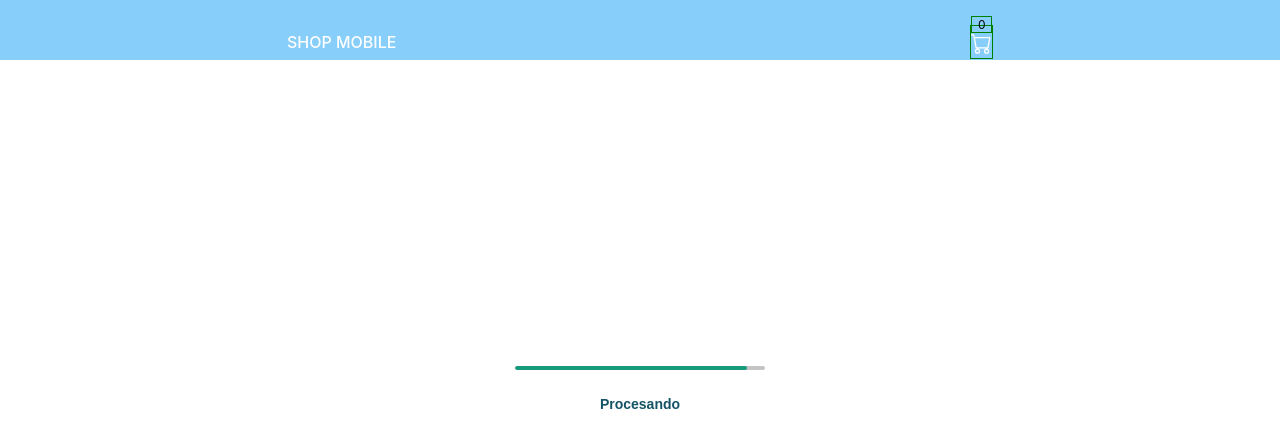
Repository: banchiec/atInditex
Page: /
These files come from the project's save history. The page is drawn as it stood at one moment and after the next save; the edit follows.
The browser window is 1280 px wide. The pictures show the whole page.
The page's requests for data from a server got no answer. The project was rebuilt for these pictures with package versions that can differ from the ones it lists, and the page was loaded fresh each time. No one was signed in, and anything a server would have sent is missing. Also part of the build but not shown: src/components/Cards/CardProductItem/cardProductItemStyled.js, src/components/Cards/CardProductItem/CardProductItem.js, src/services/cart.services.js, src/utils/products/cart.utils.js, src/screen/DetailsProductScreen/components/ButtonOptions/buttonOptionsStyled.js, src/screen/DetailsProductScreen/components/ButtonOptions/ButtonOptions.js, src/screen/DetailsProductScreen/styles/detailsProductScreenStyled.js, src/screen/DetailsProductScreen/DetailsProductScreen.js.

Above is the page before, as saved 2022-09-08 10:54:00.

### src/App.js
import {BrowserRouter as Router, Routes, Route } from 'react-router-dom'
import * as path from './utils/paths'
import Header from './components/Header/Header';
import ProductsScreen from './screen/ProductsScreen/ProductsScreen';
import DetailsProductScreen from './screen/DetailsProductScreen/DetailsProductScreen';
import { useEffect, useState } from 'react';

let counter = 0

function App() {
  const [counterCart, setCounterCart] = useState(0)

  useEffect(() => {
    handleCounterCart()
  }, [])

  const handleCounterCart = (valor) => {
    console.log(valor);
    if(valor === null){
      setCounterCart(counter)
    }
    setTimeout(() => {
      setCounterCart(valor)
    }, 1000)
    if(valor){
      counter++
    }
  }

  console.log(counterCart);

  return (
    <Router>
      <Header counterCart={counterCart} />
      <Routes>
        <Route path={path.PRODUCTPAGE} element={<ProductsScreen/>} />
        <Route path={path.DETAILSPAGE} element={<DetailsProductScreen handleCounterCart={handleCounterCart} />}  />
      </Routes>
    </Router>
  );
}

export default App;

### src/utils/paths.js
export const PRODUCTPAGE= '/'
export const DETAILSPAGE= '/product/details/:id'

### src/components/Header/Header.js
import { Link } from "react-router-dom"
import {BsCart} from 'react-icons/bs'
import * as path from '../../utils/paths'
import { ContainerHeader } from "./headerStyled"
import { useEffect, useState } from "react"

const Header = ({counterCart}) => {
  const [cartItems,setCartItems] = useState()

  useEffect(() => {
    if(counterCart === null){
      setCartItems(0)
    }
    setCartItems(counterCart?.countItems)
  }, [])

  console.log(counterCart);

  return(
    <ContainerHeader>
      <Link to={path.PRODUCTPAGE}>
        SHOP MOBILE
      </Link>
      <div>
        <p>
        { counterCart != null ? counterCart?.countItems: 0}
        </p>
        <BsCart/>
      </div>
    </ContainerHeader>
  )
}
export default Header

### src/screen/ProductsScreen/ProductsScreen.js
import { useEffect, useState } from "react"
import CardProductItem from "../../components/Cards/CardProductItem/CardProductItem"
import Loader from "../../components/Loaders/Loader"
import { getProducts } from "../../utils/products/products.utils"
import { getWithExpiry } from "../../utils/localStorage"
import { ContainerProducts, Filter, Search } from "./styles/productScreenStyled"

const ProductsScreen = () => {
  const [products, setProducts] = useState(null)
  const [productsSearch, setProductsSearch] = useState([])
  const [value, setValue] = useState('')
  const [alert, setAlert] = useState(null)
  const [cartItem, setCartItems] = useState(0)

  useEffect(() => {
    getProducts()
  },[])
  useEffect(()=> {
    setTimeout(() => {
      setProducts(getWithExpiry('products'));
      setProductsSearch(getWithExpiry('products'))
    }, 2000);
  },[])
  useEffect(() => {
    setTimeout(() => {
      if(getWithExpiry('products') === null){
        setAlert(
          <div>
            <h1>Es necesario volver a solicitar la información</h1>
          </div>
        )
        setProducts([])
      }
    }, 3600000)
  },[])

  const handleGetProduct = (e) => {
    setValue(e.target.value)
    filter(e.target.value)
  }
  const filter = (searchText) => {
    let resutlsSearch = productsSearch.filter((product) => {
      if(product.brand.toString().toLowerCase().includes(searchText.toLowerCase())
        || product.model.toString().toLowerCase().includes(searchText.toLowerCase())){
        return product
      }
    })
    setProducts(resutlsSearch)
  }
  return (
    <div>
      <Filter>
        <h4>LIST ITEM</h4>
        <Search
          type='text'
          placeholder="SEARCH"
          value={value}
          onChange={(e) => handleGetProduct(e)}
        />
      </Filter>
      <ContainerProducts>
        { !products ? (
          <Loader/>
        ):(
          products?.map((item) => {
            return (
              <CardProductItem
                key={item.id}
                id = {item.id}
                imgUrl={item.imgUrl}
                brand={item.brand}
                model={item.model}
                price={item.price}
              />
            )
        })) }
        {alert}
      </ContainerProducts>
    </div>
  )
}

export default ProductsScreen

### src/components/Header/headerStyled.js
import styled from "styled-components";

export const ContainerHeader = styled.header`


  @media (min-width:768px){
    display: flex;
    justify-content: space-around;
    align-items: center;
    background: #87CEFA;
    padding: 25px 0;
    border: 1px solid greee;
    a {
      text-decoration: none;
      color: #ffff;
      font-weight: 500;
    }
    svg {
      font-size: 1.3rem;
      color: #ffff;
    }
    div{
      border: 1px solid green;
      padding: 0;
      margin:0;
      p {
        border: 1px solid green;
        margin:0 ;
        text-align: center;
        font-size: 12px;
        margin-top: -10px;
      }
    }
  }
`

### src/components/Loaders/Loader.js
import './styles/loader.css'

const Loader = () => {
	return(
		<div className="progress_bar animate-loader">
			<div className="progress_bar__content">
				<div className="progress_bar__wrapper">
					<div className="progress_bar__viewer">
						<div className="progress_bar__shimmer"></div>
					</div>
				</div>
				<div className="progress_bar__state" data-start="Solicitando datos" data-middle="Procesando" data-end="Casi esta!"></div>
			</div>
		</div>
	)
}
export default Loader

### src/utils/products/products.utils.js
import ProductsService from "../../services/product.services"
import { setWithExpiry } from "../localStorage"
const productService = new ProductsService()

export const getProducts = () => {
	productService.getProducts()
		.then((data)=> {
			setWithExpiry('products', JSON.stringify(data.data), 360000)
		})
		.catch((error) => console.log(error))
}
export const getDetailsProduct = (id) => {
	productService.getOneProduct(id)
	.then((data) => {
		setWithExpiry(`detailsProduct${data.data.id}`, JSON.stringify(data.data), 360000)
	})
	.catch((error) => console.log(error))
}

### src/utils/localStorage.js
export const setWithExpiry = (key, value, ttl) =>  {
	const now = new Date()
	const item = {
		value: value,
		expiry: now.getTime() + ttl,
	}
	localStorage.setItem(key, JSON.stringify(item))
}

export const getWithExpiry = (key) =>  {
	const itemStr =  localStorage.getItem(key)
	if (!itemStr) {
		return null
	}
	const item = JSON.parse(itemStr)
	const now = new Date()
	if (now.getTime() > item.expiry) {
		localStorage.removeItem(key)
		return null
	}
	return  JSON.parse( item.value)
}

### src/screen/ProductsScreen/styles/productScreenStyled.js
import styled from "styled-components";
export const ContainerProducts =  styled.div`
  display: flex;
  flex-direction: row;
  justify-content: center;
  flex-wrap: wrap;
	@media (min-width:768px){
  }
`
export const Filter = styled.div`
  display: flex;
  flex-direction: row;
  justify-content: space-between;
  padding:  15px 0;
  margin: 0 6em;
`
export const Search = styled.input`
	@media (min-width:768px){
		padding: 0 20px;
    text-align: end;
    border: none;
    background: whitesmoke;
    border-radius:  5px;/* border: 1px solid green; */
  }
`

### src/components/Loaders/styles/loader.css
.progress_bar {
  font-family: Arial;
  position: fixed;
  left: 0;
  bottom: 0;
  display: flex;
  width: 100%;
  align-items: center;
  justify-content: center;
  background: white;
  top: 60px;
  z-index: 999;
  height: calc(100vh - 60px);
}
.progress_bar__wrapper {
  overflow: hidden;
  border-radius: 15px;
  width: 250px;
  background-color: #c4c4c4;
  overflow: hidden;
}
.progress_bar__viewer {
  background: #17997B;
  border-radius: 4px;
  height: 4px;
  transform: scaleX(0);
  transform-origin: 0 0;
}
.progress_bar.animate-loader .progress_bar__viewer {
  animation: FillAnimation 6s cubic-bezier(0.01, 1.06, 0.71, 1) forwards infinite;
}
.progress_bar.animate-loader .progress_bar__state::before {
  content: '';
  animation: TextChange 6s infinite;
}
.progress_bar__content {
  display: flex;
  flex-direction: column;
}
.progress_bar__state {
  margin-top: 24px;
  text-align: center;
  font-size: 14px;
  line-height: 1.5;
  font-weight: bold;
  color: #155366;
}
@keyframes FillAnimation {
  0% {
    transform: scaleX(0.028);
  }
  10% {
    transform: scaleX(0.028);
  }
  20% {
    transform: scaleX(0.028);
  }
  25% {
    transform: scaleX(0.24);
  }
  35% {
    transform: scaleX(0.24);
  }
  45% {
    transform: scaleX(0.24);
  }
  50% {
    transform: scaleX(0.624);
  }
  60% {
    transform: scaleX(0.624);
  }
  70% {
    transform: scaleX(0.624);
  }
  75% {
    transform: scaleX(0.928);
  }
  85% {
    transform: scaleX(0.928);
  }
  95% {
    transform: scaleX(0.928);
  }
  100% {
    transform: scaleX(1);
  }
}
@keyframes TextChange {
  0% {
    content: attr(data-start);
  }
  24% {
    content: attr(data-start);
  }
  25% {
    content: attr(data-middle);
  }
  99% {
    content: attr(data-middle);
  }
  100% {
    content: attr(data-end);
  }
}

### src/services/product.services.js
import axios from 'axios'

class ProductsService {
	constructor() {
		this.instance = axios.create({
			baseURL: `https://front-test-api.herokuapp.com/api/product`,
			withCredentials: false
		})
	}
	deleteProduct = (id) => this.instance.delete(`/${id}`)
	getProducts = () => this.instance.get("/")
	getOneProduct = (id) => this.instance.get(`/${id}`)
	createProduct = (form) => this.instance.post("/new", form)
}
export default ProductsService;

Loaded but not shown: public/index.html (common file); src/index.js (common file); src/index.css (common file); src/reportWebVitals.js (common file)

After the next save:
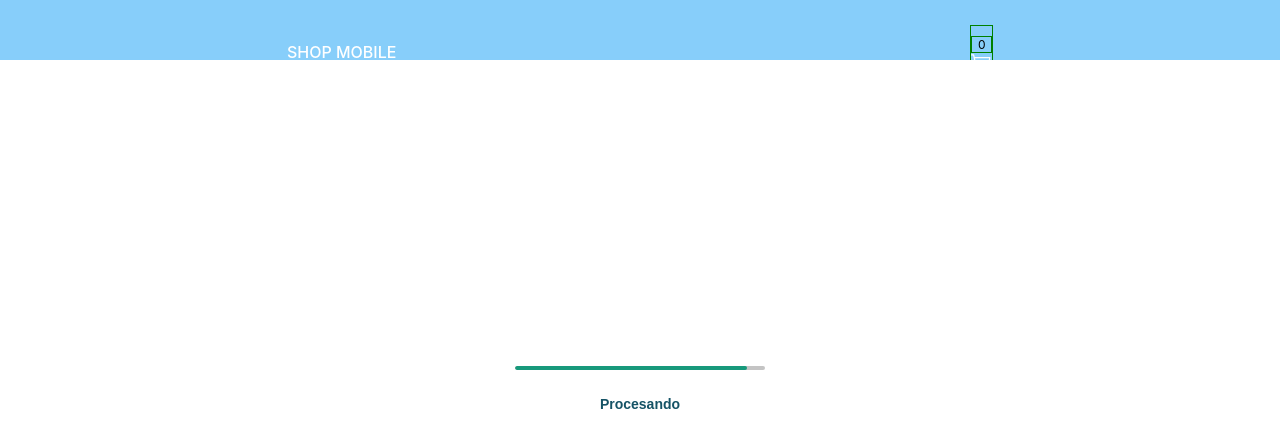
Saved 5 s later.
--- a/src/components/Header/headerStyled.js
+++ b/src/components/Header/headerStyled.js
@@ -28,7 +28,7 @@ export const ContainerHeader = styled.header`
         margin:0 ;
         text-align: center;
         font-size: 12px;
-        margin-top: -10px;
+        margin-top: 10px;
       }
     }
   }
